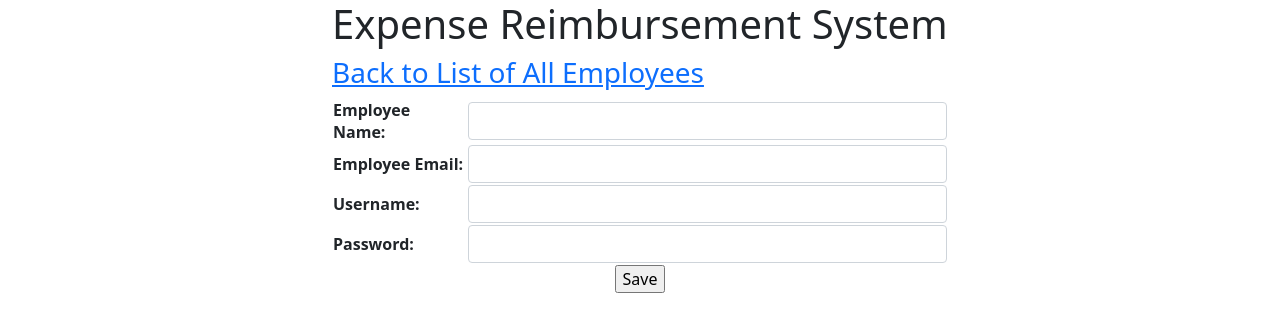
Repository: CCunningham0/project1
Page: http://localhost/reimbursement/employee-form.jsp
The author's editor kept a copy of each file at every save. The page is drawn from the files as they stood at one save, then again after the next save.
The browser window is 1280 px wide. The pictures show the whole page.
The page is served by Tomcat 10.

Above is the page before, as saved 2021-09-07 05:32:46.

After the next save:
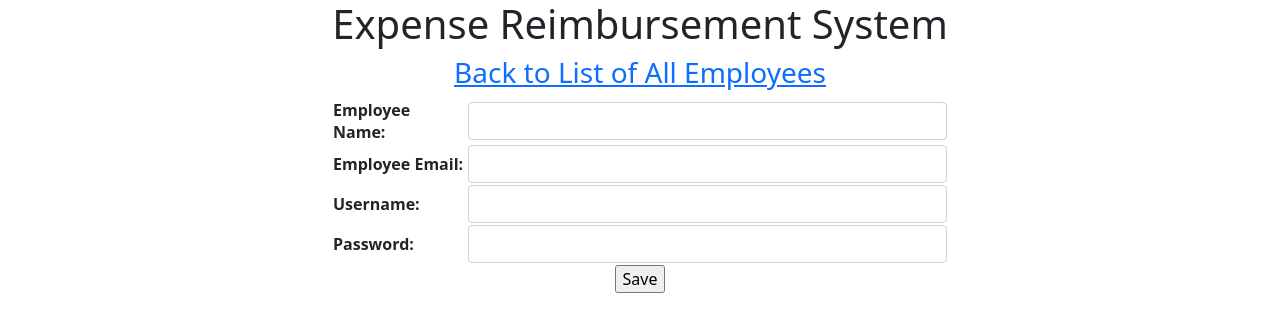
Saved 39 s later.
--- a/reimbursement/src/main/webapp/employee-form.jsp
+++ b/reimbursement/src/main/webapp/employee-form.jsp
@@ -17,7 +17,7 @@
 <div class="container-fluid">
 <div class="row">
 	<div class="col-md-3"></div>
-	<div class="col-md-6">
+	<div class="col-md-6" style="text-align:center;">
 	 <h1>Expense Reimbursement System</h1>
         <h3>
          <a href="employee-list.jsp">Back to List of All Employees</a>
